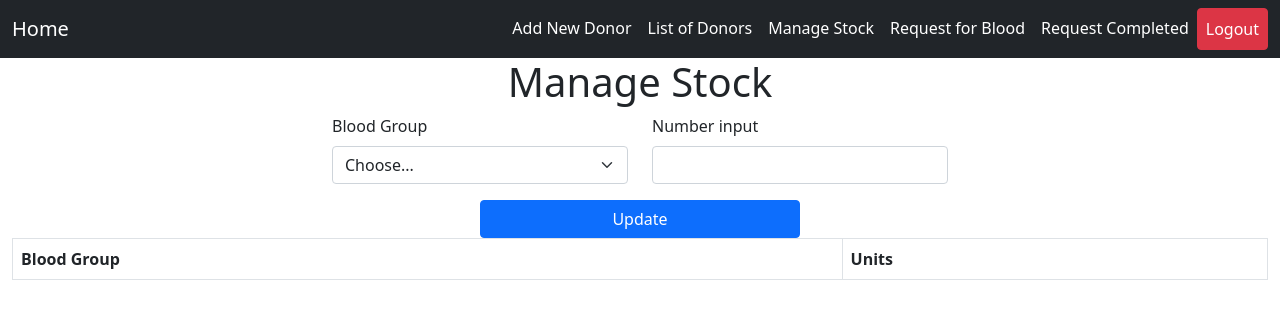
Repository: kshitizJ/Blood-Bank-Management-System-in-jsp
Page: http://localhost/Blood_Bank_Management_System/manageStock.jsp
These files come from the project's save history. The page is drawn as it stood at one moment and after the next save; the edit follows.
The browser window is 1280 px wide. The pictures show the whole page.
The page is served by Tomcat 9. Queries for data that is not in the repository find no rows.

Above is the page before, as saved 2021-04-28 13:20:31.

### Blood Bank Management System/WebContent/manageStock.jsp
<%@page import="java.sql.*"%>
<%@page import="project.ConnectionProvider"%>
<%@include file="header.html"%>
<!DOCTYPE html>
<html lang="en">

<head>
</head>

<body>
	<div class="container-fluid">
		<div class="row">
			<div class="col-12">
				<h1 class="text-center">Manage Stock</h1>
			</div>
			<div class="col-12">
				<%
					String msg = request.getParameter("msg");
				if ("valid".equals(msg)) {
				%>
				<p class="text-center text-danger">Successfully updated..</p>
				<%
					}
				if ("invalid".equals(msg)) {
				%>
				<p class="text-center text-danger">Invalid data try again..</p>
				<%
					}
				%>
			</div>
			<div class="col-12">
				<form class="form row d-flex justify-content-center"
					action="addNewDonorAction.jsp" method="POST">
					<div class="mb-3 col-md-3">
						<label for="brgp" class="form-label">Blood Group</label> <select
							class="form-select" id="brgp" name="brgp">
							<option selected>Choose...</option>
							<option value="A+">A+</option>
							<option value="A-">A-</option>
							<option value="B+">B+</option>
							<option value="B-">B-</option>
							<option value="O+">O+</option>
							<option value="O-">O-</option>
							<option value="AB+">AB+</option>
							<option value="AB-">AB-</option>
						</select>
					</div>
					<div class="mb-3 col-md-3">
						<label class="form-label" for="typeNumber">Number input</label> <input
							type="number" id="typeNumber" class="form-control" name="units"/>
					</div>
					<div class="offset-md-3"></div>
					<button type="submit" class="btn btn-primary col-3">Update</button>
				</form>
			</div>
			<div class="col-12">
				<table class="table table-bordered table-striped table-hover">
					<thead>
						<tr>
							<th scope="col">Blood Group</th>
							<th scope="col">Units</th>
						</tr>
					</thead>
					<tbody>
						<tr>
							<%
								try {
								Connection con = ConnectionProvider.getCon();
								Statement st = con.createStatement();
								ResultSet rs = st.executeQuery("select * from stock;");
								while (rs.next()) {
							%>
							<td><%=rs.getString(1)%></td>
							<td><%=rs.getInt(2)%></td>
						</tr>
						<%
							}
						} catch (Exception e) {
						System.out.print(e.getMessage());
						}
						%>
					</tbody>
				</table>
			</div>
		</div>
	</div>
</body>

</html>

### Blood Bank Management System/WebContent/header.html
<!DOCTYPE html>
<html lang="en">
<head>
<meta charset="UTF-8">
<meta http-equiv="X-UA-Compatible" content="IE=edge">
<meta name="viewport" content="width=device-width, initial-scale=1.0">
<title>Admin Panel</title>
<link
	href="https://cdn.jsdelivr.net/npm/bootstrap@5.0.0-beta3/dist/css/bootstrap.min.css"
	rel="stylesheet"
	integrity="sha384-eOJMYsd53ii+scO/bJGFsiCZc+5NDVN2yr8+0RDqr0Ql0h+rP48ckxlpbzKgwra6"
	crossorigin="anonymous">
<link rel="stylesheet" href="style.css" type="text/css" media="screen">
</head>
<body>
	<nav class="navbar sticky-top navbar-expand-lg navbar-dark bg-dark">
		<div class="container-fluid">
			<a class="navbar-brand" href="home.jsp">Home</a>
			<button class="navbar-toggler" type="button"
				data-bs-toggle="collapse" data-bs-target="#navbarNav"
				aria-controls="navbarNav" aria-expanded="false"
				aria-label="Toggle navigation">
				<span class="navbar-toggler-icon"></span>
			</button>
			<div class="collapse navbar-collapse justify-content-end"
				id="navbarNav">
				<ul class="navbar-nav ">
					<li class="nav-item"><a class="nav-link text-white"
						href="addNewDonor.jsp">Add New Donor</a></li>
					<li class="nav-item"><a class="nav-link text-white"
						href="editDeleteList.jsp">List of Donors</a></li>
					<li class="nav-item"><a class="nav-link text-white"
						href="manageStock.jsp">Manage Stock</a></li>
					<li class="nav-item"><a class="nav-link text-white"
						href="requestForBlood.jsp">Request for Blood</a></li>
					<li class="nav-item"><a class="nav-link text-white"
						href="requestCompleted.jsp">Request Completed</a></li>
					<li class="nav-item"><a class="nav-link text-white btn btn-danger"
						href="adminLogin.jsp">Logout</a></li>
				</ul>
			</div>
		</div>
	</nav>
</body>
<script
	src="https://cdn.jsdelivr.net/npm/bootstrap@5.0.0-beta3/dist/js/bootstrap.bundle.min.js"
	integrity="sha384-JEW9xMcG8R+pH31jmWH6WWP0WintQrMb4s7ZOdauHnUtxwoG2vI5DkLtS3qm9Ekf"
	crossorigin="anonymous"></script>

</html>

### Blood Bank Management System/src/project/ConnectionProvider.java
package project;

import java.sql.*;

public class ConnectionProvider {
	public static Connection getCon() {
		try {
			Class.forName("com.mysql.cj.jdbc.Driver");
			Connection con = DriverManager.getConnection("jdbc:mysql://localhost:3306/Blood_Bank_Management_System",
					"root", "Kshitiz123@");
			return con;
		} catch (Exception e) {
			// TODO: handle exception
			System.out.println(e.getMessage());
			return null;
		}
	}
}

### Blood Bank Management System/WebContent/style.css
img {
	width: 100%;
	height: 500px;
}

.logo {
	width: 100px;
	height: 60px;
}

container-fluid {
	padding: 0;
}

After the next save:
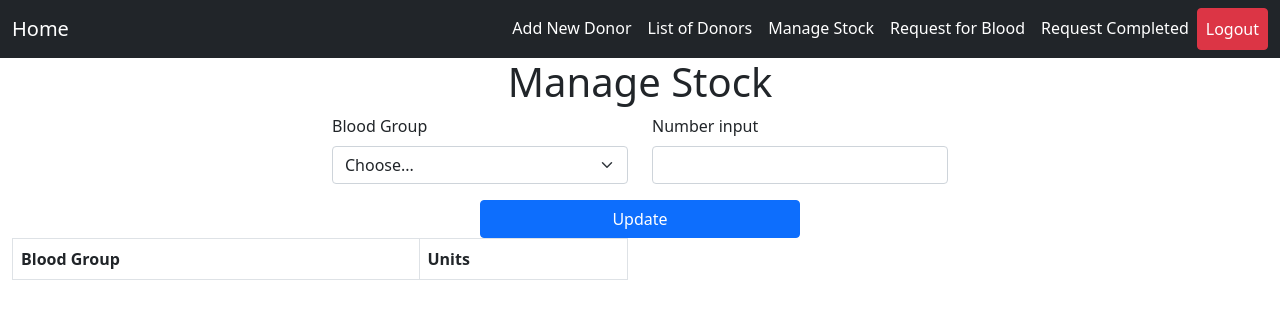
Saved 83 s later.
--- a/Blood Bank Management System/WebContent/manageStock.jsp
+++ b/Blood Bank Management System/WebContent/manageStock.jsp
@@ -53,7 +53,7 @@
 					<button type="submit" class="btn btn-primary col-3">Update</button>
 				</form>
 			</div>
-			<div class="col-12">
+			<div class="col-6">
 				<table class="table table-bordered table-striped table-hover">
 					<thead>
 						<tr>

After the 3 saves that followed:
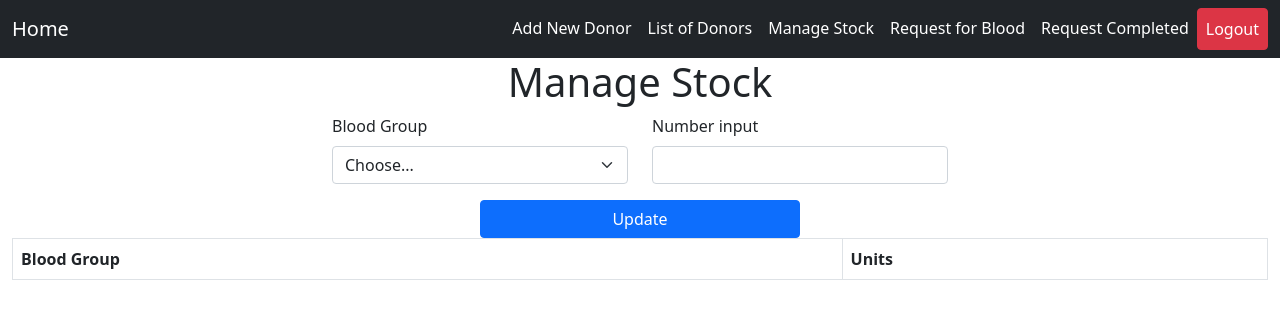
The 3 saves are shown as one change because 2 left the picture as it was.
The last was saved 47 s later.
--- a/Blood Bank Management System/WebContent/manageStock.jsp
+++ b/Blood Bank Management System/WebContent/manageStock.jsp
@@ -53,7 +53,7 @@
 					<button type="submit" class="btn btn-primary col-3">Update</button>
 				</form>
 			</div>
-			<div class="col-6">
+			<div class="col-12">
 				<table class="table table-bordered table-striped table-hover">
 					<thead>
 						<tr>
